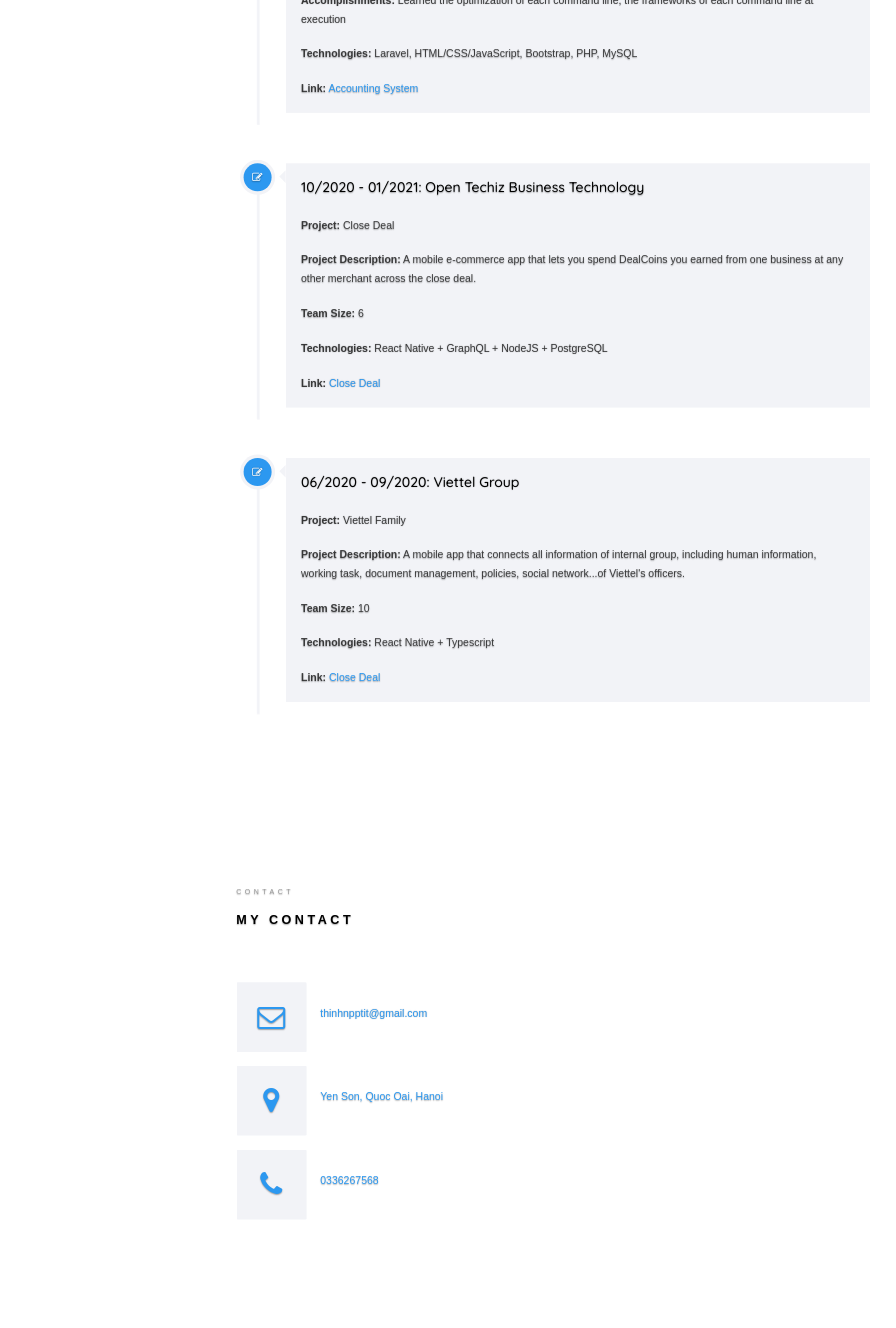
Repository: thinhnpptit/my-cv
Page: index.html
These files come from the project's save history. The page is drawn as it stood at one moment and after the next save; the edit follows.
The browser window is 1280 px wide. The pictures show the part of the page from y = 2775 to 4695 px (the page is 4672 px tall before and 4695 px after), at 70% of full size.
Some web fonts or font styles are not loaded; a fallback is used.

Above is the page before, as saved 2021-06-22 22:44:59.
Console error: TypeError: $(...).stick_in_parent is not a function

After the next save:
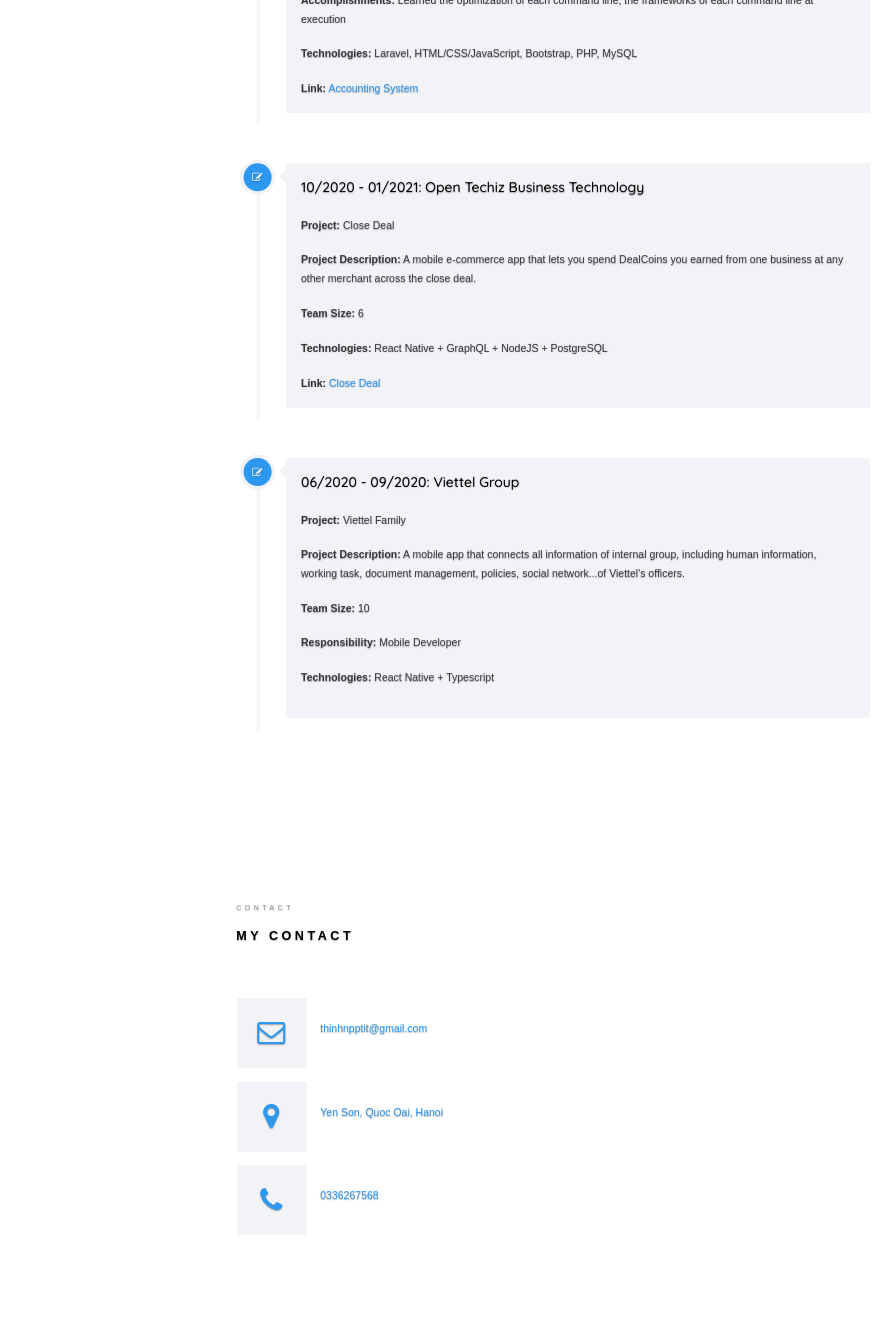
Saved 60 s later.
--- a/index.html
+++ b/index.html
@@ -339,9 +339,9 @@
 											<p><strong>Project:</strong> Viettel Family</p>
 											<p><strong>Project Description:</strong> A mobile app that connects all information of internal group, including human information, working task, document management, policies, social network...of Viettel's officers.</p>
 											<p><strong>Team Size:</strong> 10</p>
+											<p><strong>Responsibility: </strong>Mobile Developer</p>
 											<!-- <p><strong>Accomplishments:</strong> Learned the optimization of each command line, the frameworks of each command line at execution</p> -->
 											<p><strong>Technologies:</strong> React Native + Typescript </p>
-											<span><strong>Link:</strong></span><a href="https://closedeal.app"> Close Deal</a>
 											 <!-- <div class="text-center">
 												 <a name="" id="" class="btn btn-primary" href="#" role="button">View Page</a>
 											 </div> -->
